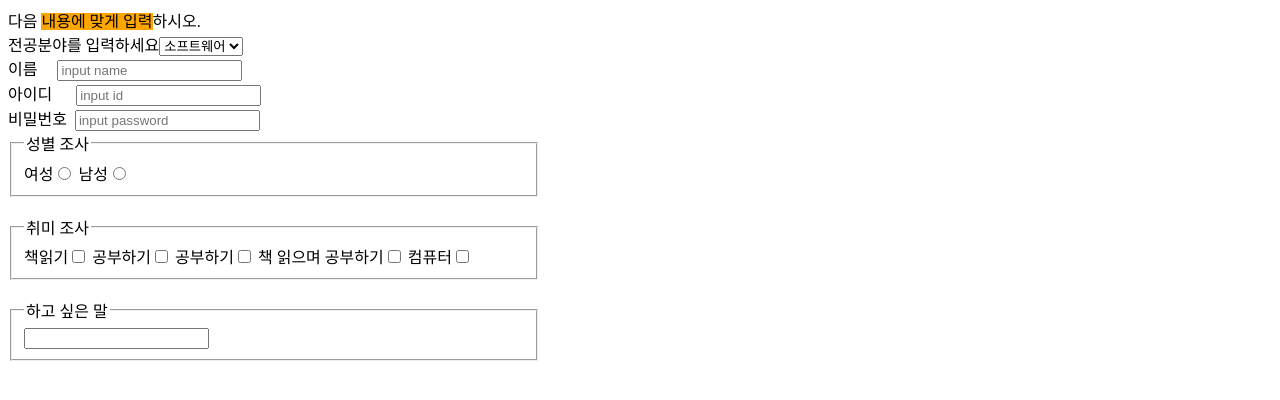
Repository: jwlee0714/HTML
Page: html/quiz-설문조사.html
These files come from the project's save history. The page is drawn as it stood at one moment and after the next save; the edit follows.
The browser window is 1280 px wide. The pictures show the whole page.

Above is the page before, as saved 2021-10-05 08:47:21.

### html/quiz-설문조사.html
<!DOCTYPE html>
<html>
<head>
<meta charset="UTF-8">
<title>Insert title here</title>
</head>
<body>

	<table align="left" bgcolor="white" width="700" >

	<tr>


	<div>
		<span >다음</span>
		<span style="background-color:orange;">내용에 맞게 입력</span>하시오.
	</div>

	<form method="get">
		전공분야를 입력하세요<select name ="select">
			<option value="p1">소프트웨어
			<option value="p2">하드웨어
			<option value="p3">정보공학<br>
		</select>
		<br>이름&nbsp; &nbsp; &nbsp;<input type="text" name ="name" placeholder="input name"><br>
		아이디 &nbsp; &nbsp; &nbsp;<input type="text" name ="id" placeholder="input id"><br>
		비밀번호 &nbsp;<input type="password" name="pwd" placeholder="input password"><br>
	</form>

</table>


<fieldset style="width:500px;">
		<legend>성별 조사 </legend>
		여성<input type="radio">
		남성<input type="radio">
</fieldset><br>
<fieldset style="width:500px;">
		<legend>취미 조사 </legend>
		책읽기<input type="checkbox">
		공부하기<input type="checkbox">
		공부하기<input type="checkbox">
		책 읽으며 공부하기<input type="checkbox">
		컴퓨터<input type="checkbox">
</fieldset><br>
<fieldset style="width:500px;">
		<legend>하고 싶은 말 </legend>
		<input type="text">
</fieldset>



</body>
</html>

After the next save:
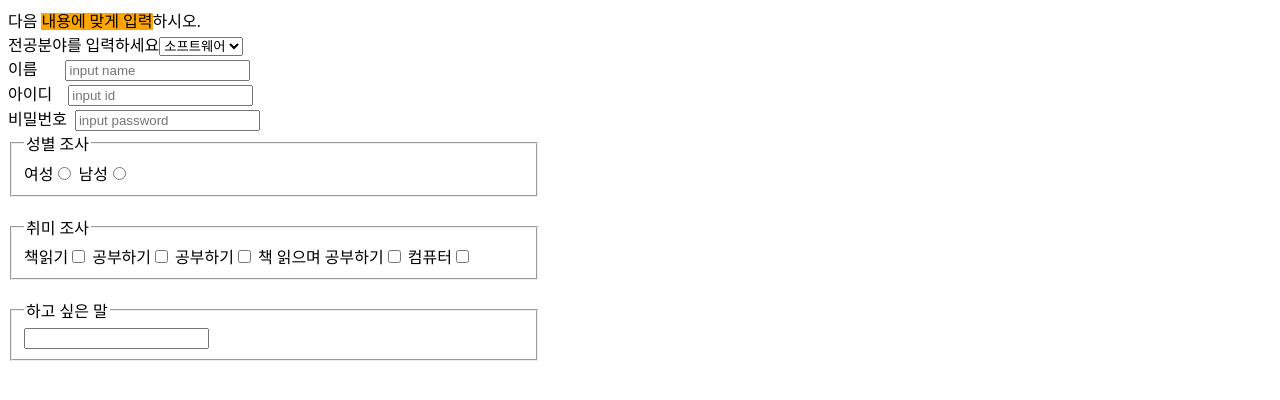
Saved 31 s later.
--- a/html/quiz-설문조사.html
+++ b/html/quiz-설문조사.html
@@ -22,8 +22,8 @@
 			<option value="p2">하드웨어
 			<option value="p3">정보공학<br>
 		</select>
-		<br>이름&nbsp; &nbsp; &nbsp;<input type="text" name ="name" placeholder="input name"><br>
-		아이디 &nbsp; &nbsp; &nbsp;<input type="text" name ="id" placeholder="input id"><br>
+		<br>이름&nbsp; &nbsp; &nbsp; &nbsp;<input type="text" name ="name" placeholder="input name"><br>
+		아이디 &nbsp; &nbsp;<input type="text" name ="id" placeholder="input id"><br>
 		비밀번호 &nbsp;<input type="password" name="pwd" placeholder="input password"><br>
 	</form>
 
